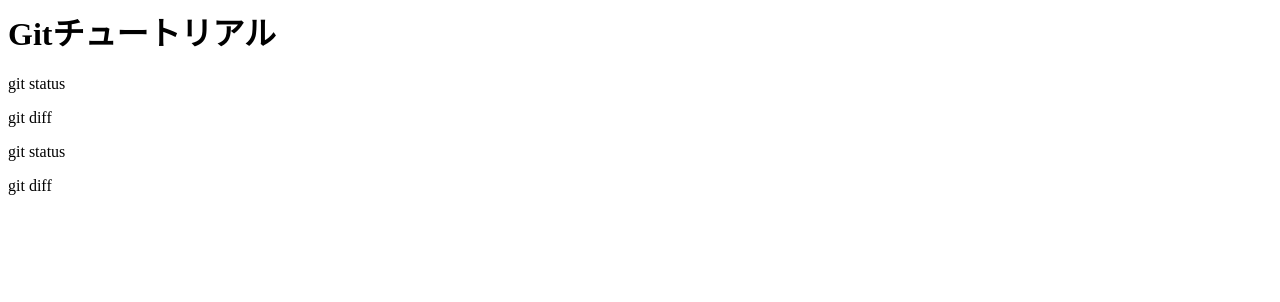
Repository: yuukiyokoyama/git_tutorial
Page: index.html
An editor plug-in stored every save of this project. The page is shown before and after the next save, followed by the edit.
The browser window is 1280 px wide. The pictures show the whole page.

Above is the page before, as saved 2021-09-12 17:34:18.

After the next save:
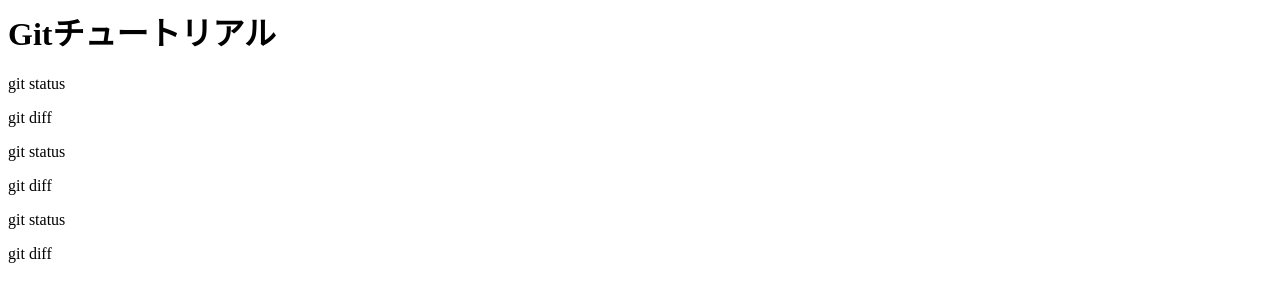
Saved 30 h 21 min later.
--- a/index.html
+++ b/index.html
@@ -3,3 +3,6 @@
 <p>git diff</p>
 <p>git status</p>
 <p>git diff</p>
+
+<p>git status</p>
+<p>git diff</p>
